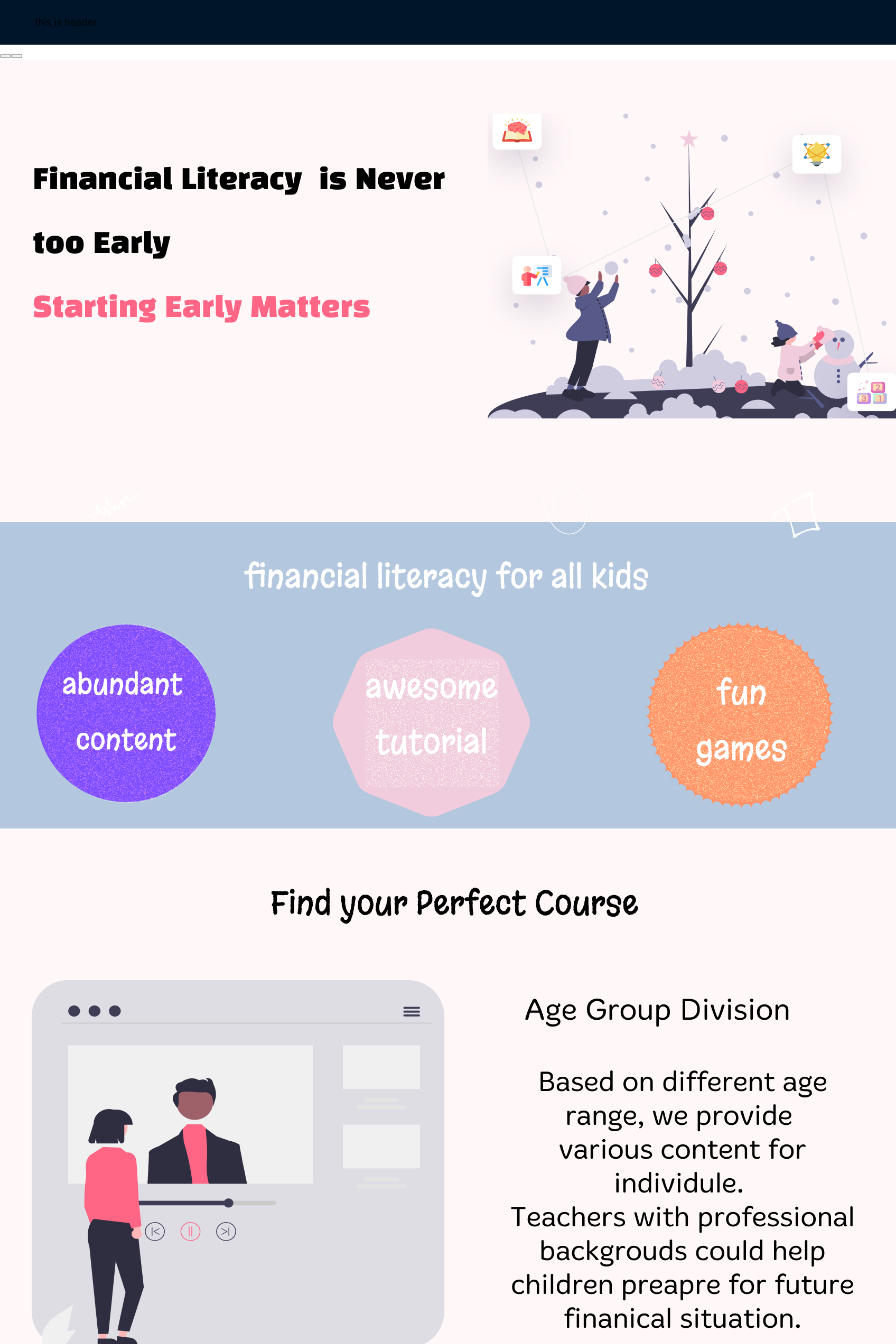
Repository: Zoe-XJ-Zhang/Goldilocks
Page: /
These files come from the project's save history. The page is drawn as it stood at one moment and after a run of saves; the edit follows.
The browser window is 1280 px wide. The pictures show the part of the page from y = 0 to 1920 px (the page is 2797 px tall before and 2803 px after), at 70% of full size.
The project was rebuilt for these pictures with package versions that can differ from the ones it lists, and the page was loaded fresh each time. Also part of the build but not shown: src/page/roadmapPage/roadmapPage.js, src/page/aboutPage/aboutPage.js.

Above is the page before, as saved 2022-08-31 14:59:39.

After the next 2 saves:
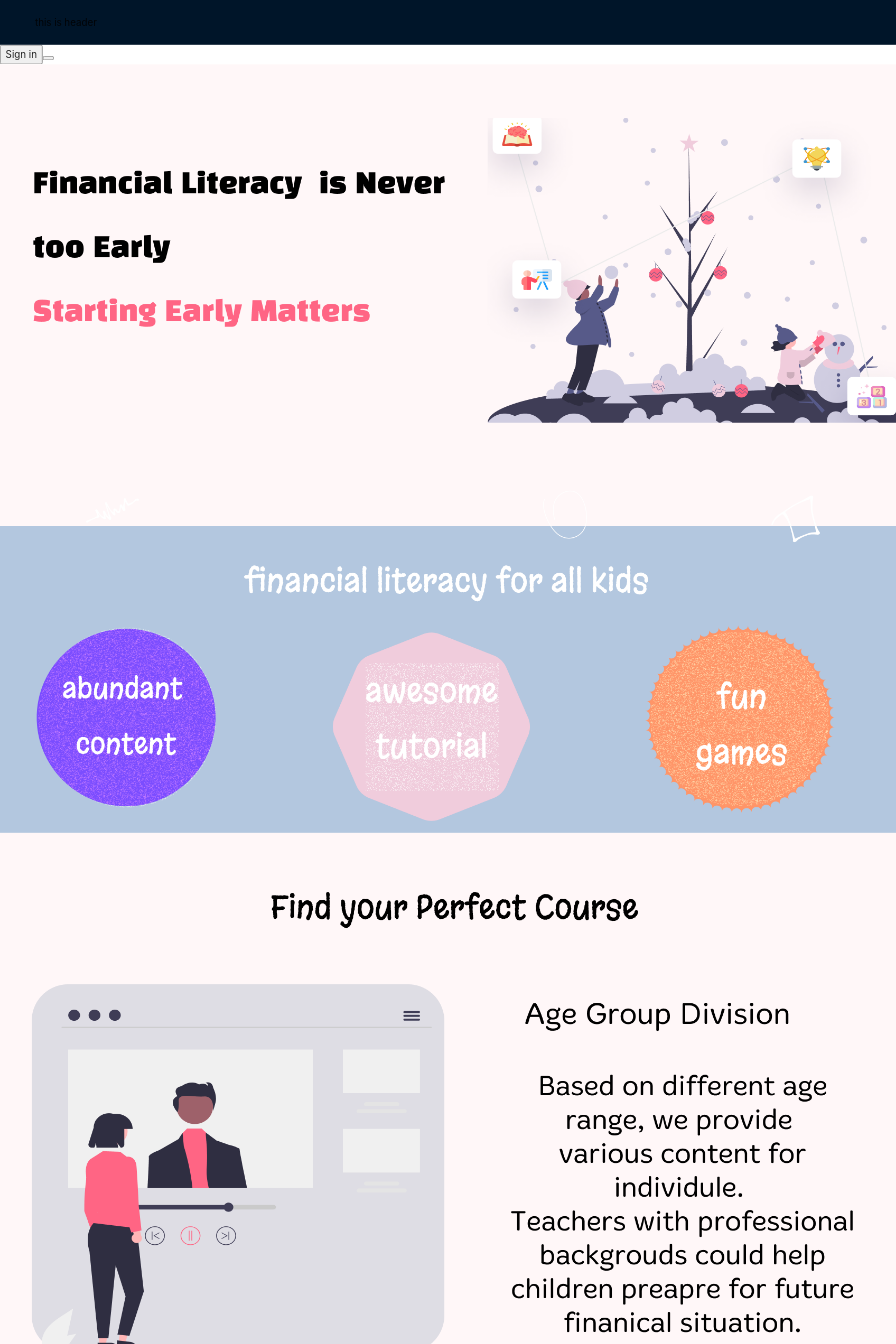
The 2 saves are shown as one change because they came seconds apart.
The last was saved 9 s later.
--- a/src/page/homePage/homePage.js
+++ b/src/page/homePage/homePage.js
@@ -4,7 +4,7 @@ import './homePage.css';
 import homepage from '../../images/home_page.png'
 const HomePage = () => {
     return (<div className='homepage'>
-        <button></button><button></button>
+        <button>Sign in</button><button></button>
         {/* <Image src={homepage}  alt="asd" title="QW"></Image> */}
         <img src={homepage} alt="" />
     </div>);
